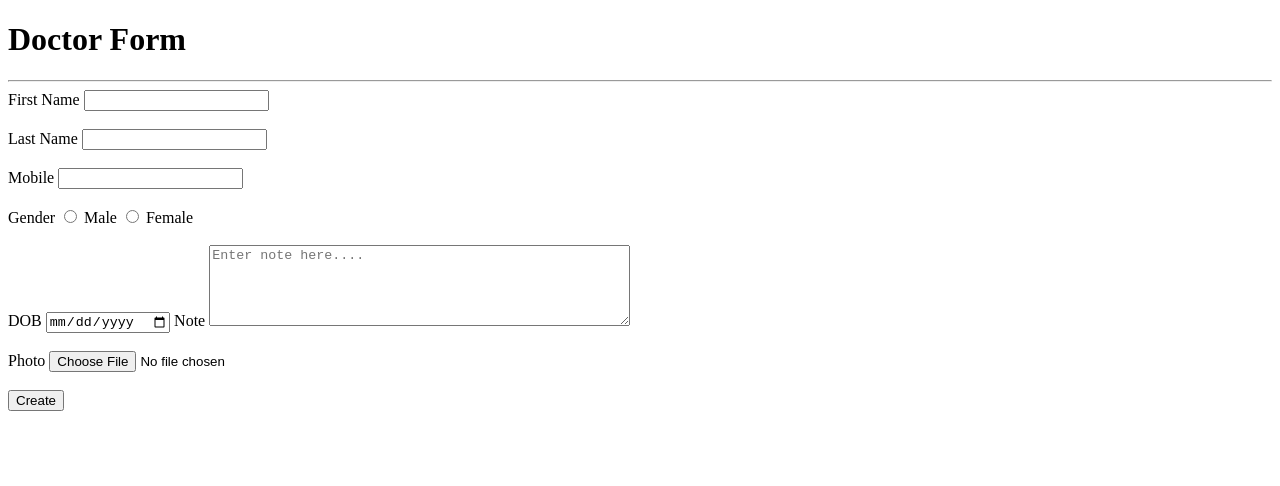
Repository: aayush105/Advance-Java
Page: http://localhost/Doctorpatient/patient.jsp
An editor plug-in stored every save of this project. The page is shown before and after the next save, followed by the edit.
The browser window is 1280 px wide. The pictures show the whole page.
The page is served by Tomcat 10. Other server files are loaded and not shown.

Above is the page before, as saved 2023-07-20 11:24:36.

### Doctorpatient/src/main/webapp/patient.jsp
<%@ page language="java" contentType="text/html; charset=UTF-8"
    pageEncoding="UTF-8"%>
<!DOCTYPE html>
<html>
<head>
<meta charset="UTF-8">
<title>Patient</title>
</head>
<body>

<h1>Doctor Form</h1>
<hr>
<form action="DoctorServlet" method="POST">

First Name <input type ="text" name ="fname"><br><br>
Last Name <input type ="text" name ="lname"><br><br>
Mobile <input type ="text" name ="mobile"><br><br>
Gender <input type="radio" name="gender" value="male"> Male
<input type="radio" name="gender" value="female"> Female
<br><br>
DOB <input type ="date" name ="date">
Note <textarea rows = "5" cols = "50" name = "note" placeholder ="Enter note here...."></textarea><br><br>
Photo <input type="file" name="photo"><br><br>
  <input type="submit" value="Create" >

</form>

</body>
</html>

After the next save:
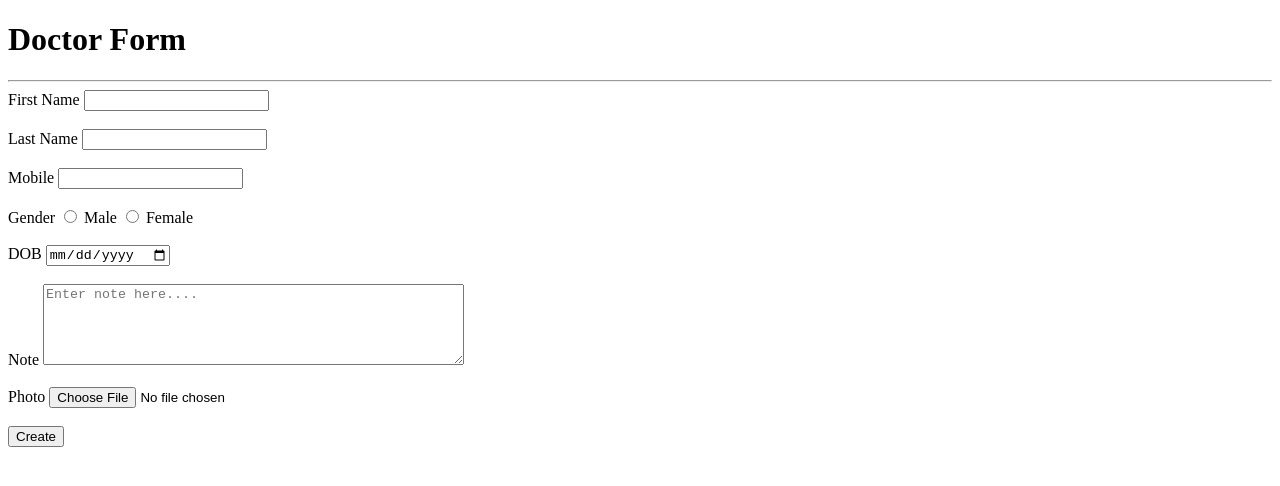
Saved 11 s later.
--- a/Doctorpatient/src/main/webapp/patient.jsp
+++ b/Doctorpatient/src/main/webapp/patient.jsp
@@ -18,7 +18,7 @@ Mobile <input type ="text" name ="mobile"><br><br>
 Gender <input type="radio" name="gender" value="male"> Male
 <input type="radio" name="gender" value="female"> Female
 <br><br>
-DOB <input type ="date" name ="date">
+DOB <input type ="date" name ="date"> <br><br>
 Note <textarea rows = "5" cols = "50" name = "note" placeholder ="Enter note here...."></textarea><br><br>
 Photo <input type="file" name="photo"><br><br>
   <input type="submit" value="Create" >
